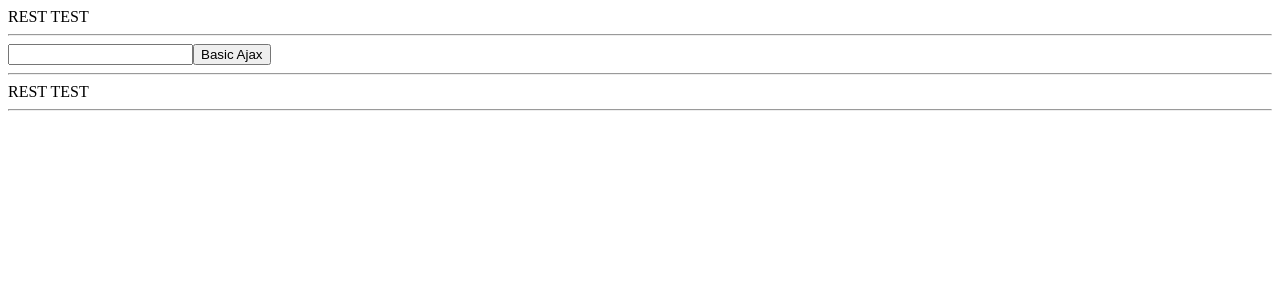
Repository: wonsungjin/Spring
Page: http://localhost/spring3_prj/lec05_rest/rest_test.jsp
These files come from the project's save history. The page is drawn as it stood at one moment and after the next save; the edit follows.
The browser window is 1280 px wide. The pictures show the whole page.
The page is served by Tomcat 9. Other server files are loaded and not shown.

Above is the page before, as saved 2024-06-17 01:44:09.

### spring3_prj/src/main/webapp/lec05_rest/rest_test.jsp
<%@ page language="java" contentType="text/html; charset=UTF-8"
    pageEncoding="UTF-8"%>
<%@taglib uri="http://java.sun.com/jsp/jstl/core" prefix="c"%>
<%@taglib uri="http://java.sun.com/jsp/jstl/fmt"  prefix="fmt"%>
<%@ taglib uri="http://java.sun.com/jsp/jstl/functions" prefix="fn"%><script src="https://code.jquery.com/jquery-3.7.1.js"></script>

<script> $(function() { }); </script>
<!DOCTYPE html>
<html>
<head>
<meta charset="UTF-8">
<title>Insert title here</title>
</head>
<body>
<div id="rest">REST TEST<hr></div>
<input type="text"id = "content" name = "ename"><input type="button" id="ajax_test" value="Basic Ajax"><hr>
<div id="restTest">REST TEST<hr></div>
<script>
$("#ajax_test").click(  function(){

		let content = $('#content').val();
		$.ajax({
			method      : "POST",
	        url         : "${pageContext.request.contextPath}/RestServletTest",
	        data 		: {content: content},
	  		error 	    : function(myval){ console.log("에러:" + myval);   },
	  		success     : function(myval){
	  										console.log("성공:" + myval);
	  										$("#restTest").html("<b>"+myval+"</b>")
	  									 }
		});
	});
</script>
</body>
</html>

After the next save:
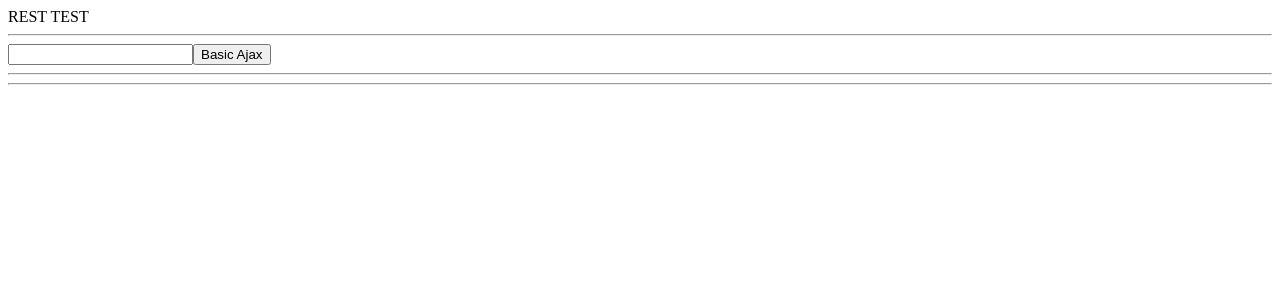
Saved 20 s later.
--- a/spring3_prj/src/main/webapp/lec05_rest/rest_test.jsp
+++ b/spring3_prj/src/main/webapp/lec05_rest/rest_test.jsp
@@ -14,7 +14,7 @@
 <body>
 <div id="rest">REST TEST<hr></div>
 <input type="text"id = "content" name = "ename"><input type="button" id="ajax_test" value="Basic Ajax"><hr>
-<div id="restTest">REST TEST<hr></div>
+<div id="restTest"><hr></div>
 <script>
 $("#ajax_test").click(  function(){
 
